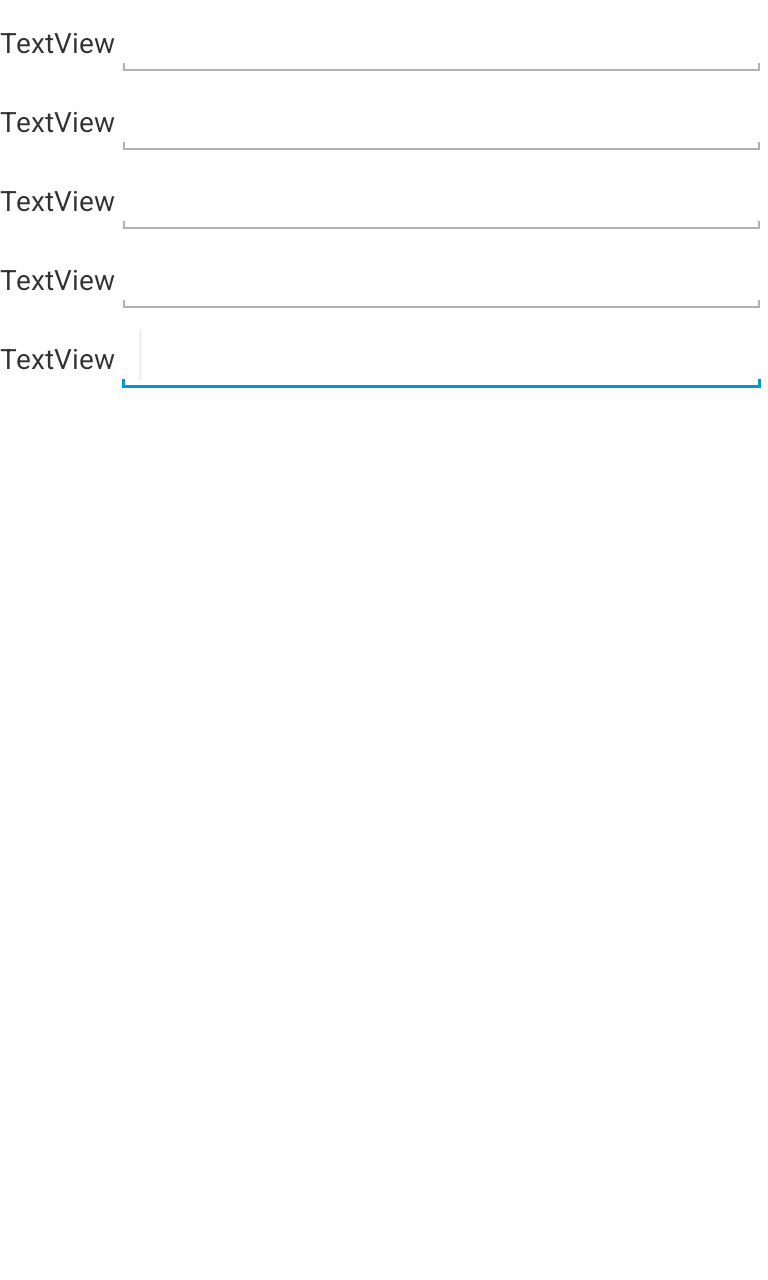
Repository: lay126/fuding_wewe
Layout: fuding_android/FudingAndroid/res/layout/fragment_addposting.xml
These files come from the project's save history. The layout is drawn as it stood at one moment and after the next save; the edit follows.
It is drawn on a 768 x 1280 px phone screen (xhdpi) without system bars, with theme AppTheme; the app's code is not run.

Above is the layout before, as saved 2015-07-21 07:48:10.

### fuding_android/FudingAndroid/res/layout/fragment_addposting.xml
<?xml version="1.0" encoding="utf-8"?>
<LinearLayout xmlns:android="http://schemas.android.com/apk/res/android"
    android:layout_width="match_parent"
    android:layout_height="match_parent"
    android:orientation="vertical" >

    <LinearLayout
        android:id="@+id/LinearLayout1"
        android:layout_width="match_parent"
        android:layout_height="wrap_content"
        android:orientation="vertical" >

        <LinearLayout
            android:layout_width="match_parent"
            android:layout_height="wrap_content" >

            <TextView
                android:layout_width="wrap_content"
                android:layout_height="wrap_content"
                android:text="TextView" />

            <EditText
                android:id="@+id/edit_title"
                android:layout_width="wrap_content"
                android:layout_height="wrap_content"
                android:layout_weight="1"
                android:ems="10" >

                <requestFocus />
            </EditText>

        </LinearLayout>

        <LinearLayout
            android:layout_width="match_parent"
            android:layout_height="wrap_content" >

            <TextView
                android:layout_width="wrap_content"
                android:layout_height="wrap_content"
                android:text="TextView" />

            <EditText
                android:id="@+id/edit_ingredient"
                android:layout_width="wrap_content"
                android:layout_height="wrap_content"
                android:layout_weight="1"
                android:ems="10" >

                <requestFocus />
            </EditText>

        </LinearLayout>
        <LinearLayout
            android:layout_width="match_parent"
            android:layout_height="wrap_content" >

            <TextView
                android:id="@+id/textView1"
                android:layout_width="wrap_content"
                android:layout_height="wrap_content"
                android:text="TextView" />

            <EditText
                android:id="@+id/edit_time"
                android:layout_width="wrap_content"
                android:layout_height="wrap_content"
                android:layout_weight="1"
                android:ems="10" >

                <requestFocus />
            </EditText>

        </LinearLayout>
        <LinearLayout
            android:layout_width="match_parent"
            android:layout_height="wrap_content" >

            <TextView
                android:layout_width="wrap_content"
                android:layout_height="wrap_content"
                android:text="TextView" />

            <EditText
                android:id="@+id/edit_amount"
                android:layout_width="wrap_content"
                android:layout_height="wrap_content"
                android:layout_weight="1"
                android:ems="10" >

                <requestFocus />
            </EditText>

        </LinearLayout>
        <LinearLayout
            android:layout_width="match_parent"
            android:layout_height="wrap_content" >

            <TextView
                android:layout_width="wrap_content"
                android:layout_height="wrap_content"
                android:text="TextView" />

            <EditText
                android:id="@+id/edit_tag"
                android:layout_width="wrap_content"
                android:layout_height="wrap_content"
                android:layout_weight="1"
                android:ems="10" >

                <requestFocus />
            </EditText>

        </LinearLayout>

    </LinearLayout>

    <RelativeLayout
        android:layout_width="match_parent"
        android:layout_height="match_parent" >
    </RelativeLayout>

</LinearLayout>

Loaded but not shown: fuding_android/FudingAndroid/res/values/styles.xml (common file); fuding_android/FudingAndroid/res/values-v11/styles.xml (common file); fuding_android/FudingAndroid/res/values-v14/styles.xml (common file)

After the next save:
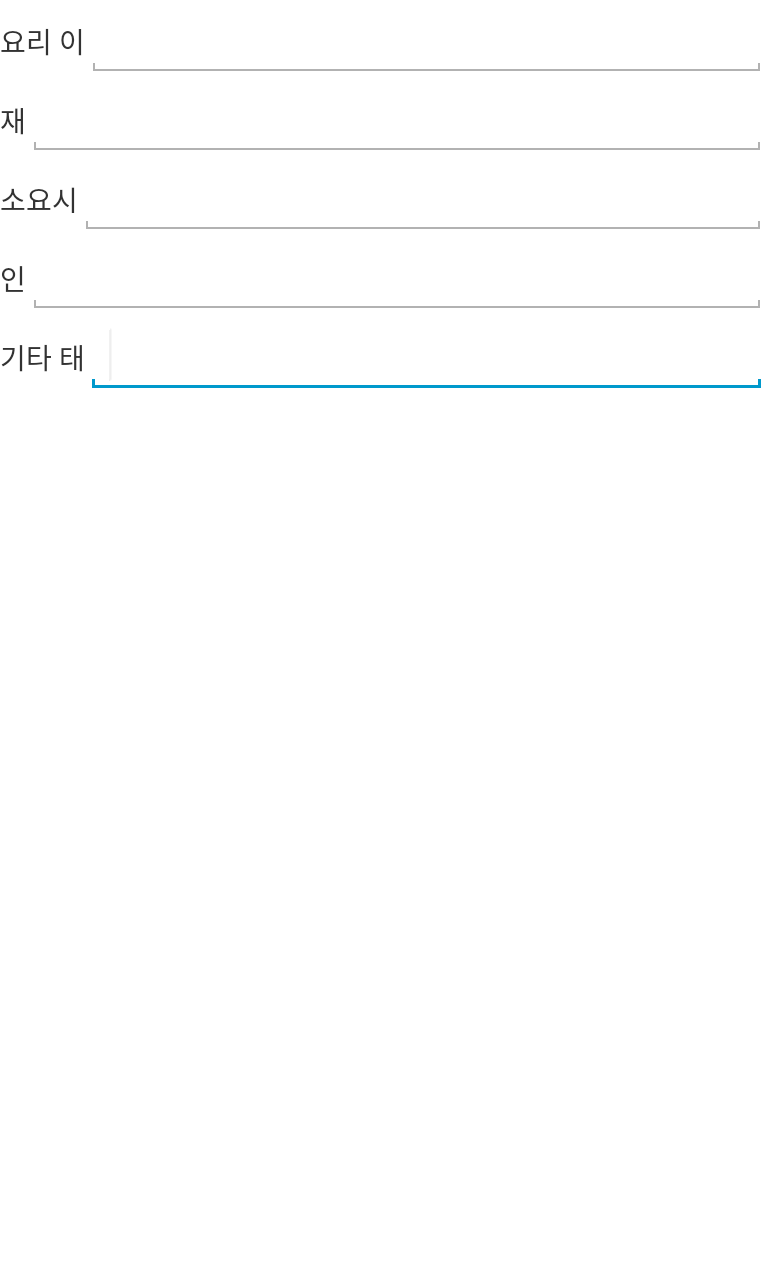
Saved 44 s later.
--- a/fuding_android/FudingAndroid/res/layout/fragment_addposting.xml
+++ b/fuding_android/FudingAndroid/res/layout/fragment_addposting.xml
@@ -17,7 +17,7 @@
             <TextView
                 android:layout_width="wrap_content"
                 android:layout_height="wrap_content"
-                android:text="TextView" />
+                android:text="요리 이" />
 
             <EditText
                 android:id="@+id/edit_title"
@@ -38,7 +38,7 @@
             <TextView
                 android:layout_width="wrap_content"
                 android:layout_height="wrap_content"
-                android:text="TextView" />
+                android:text="재" />
 
             <EditText
                 android:id="@+id/edit_ingredient"
@@ -59,7 +59,7 @@
                 android:id="@+id/textView1"
                 android:layout_width="wrap_content"
                 android:layout_height="wrap_content"
-                android:text="TextView" />
+                android:text="소요시" />
 
             <EditText
                 android:id="@+id/edit_time"
@@ -79,7 +79,7 @@
             <TextView
                 android:layout_width="wrap_content"
                 android:layout_height="wrap_content"
-                android:text="TextView" />
+                android:text="인" />
 
             <EditText
                 android:id="@+id/edit_amount"
@@ -99,7 +99,7 @@
             <TextView
                 android:layout_width="wrap_content"
                 android:layout_height="wrap_content"
-                android:text="TextView" />
+                android:text="기타 태" />
 
             <EditText
                 android:id="@+id/edit_tag"
